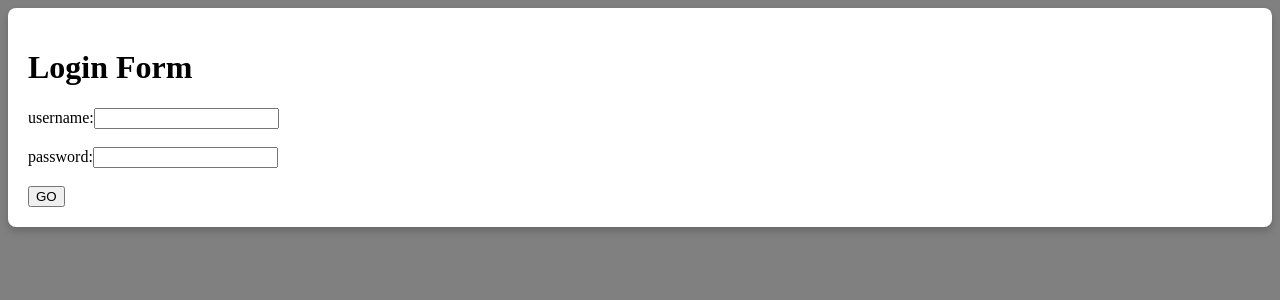
Repository: VIJAYkollu-7568/rakhi
Page: jsp/src/main/webapp/login.html
These files come from the project's save history. The page is drawn as it stood at one moment and after the next save; the edit follows.
The browser window is 1280 px wide. The pictures show the whole page.

Above is the page before, as saved 2024-11-07 09:17:40.

### jsp/src/main/webapp/login.html
<!DOCTYPE html>
<html>
<head>
<meta charset="UTF-8">
<title>login</title>
</head>
<style>

body{
background-color:grey;

}
form{
background-color:white;
align-items: center;
margin:0;
padding:20px;
border-radius: 8px;
box-shadow: 0 4px 8px rgba(0, 0, 0, 0.2);

}
</style>
<body>

<form  action="login.jsp">
<h1>Login Form</h1>
username:<input type ="text" name="username" required><br><br>
password:<input type="password" name="password" required><br><br>
<button type="submit">GO</button>
</form>
</body>
</html>

After the next save:
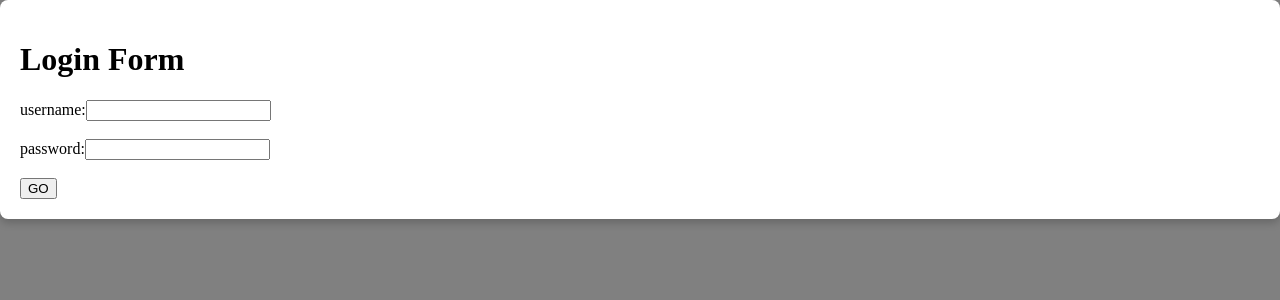
Saved 24 s later.
--- a/jsp/src/main/webapp/login.html
+++ b/jsp/src/main/webapp/login.html
@@ -8,7 +8,8 @@
 
 body{
 background-color:grey;
-
+ min-height: 100vh;
+            margin: 0;
 }
 form{
 background-color:white;
